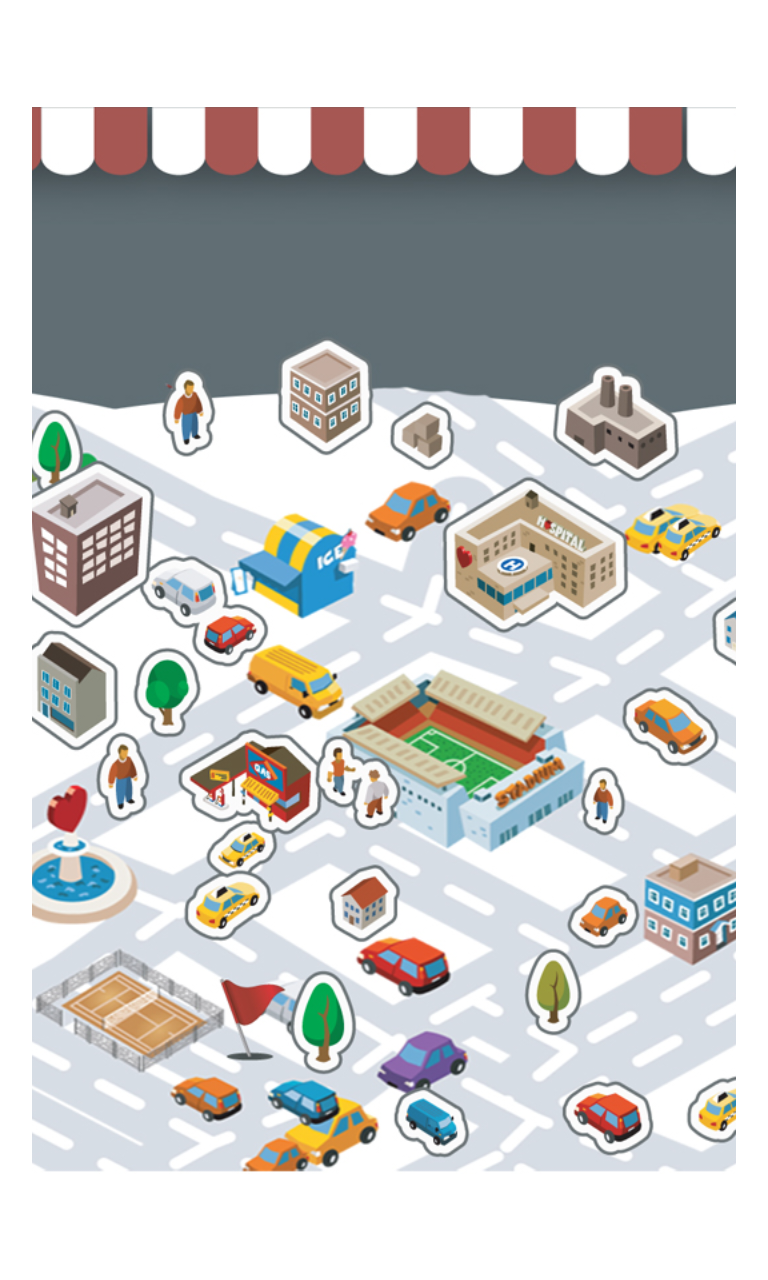
Repository: ahmeda8/playable
Layout: Playable/res/layout/activity_main.xml
An editor plug-in stored every save of this project. The layout is shown before and after the next save, followed by the edit.
It is drawn on a 768 x 1280 px phone screen (xhdpi) without system bars, with theme AppTheme; the app's code is not run.

Above is the layout before, as saved 2013-07-20 19:44:12.

### Playable/res/layout/activity_main.xml
<RelativeLayout xmlns:android="http://schemas.android.com/apk/res/android"
    xmlns:tools="http://schemas.android.com/tools"
    android:layout_width="match_parent"
    android:layout_height="match_parent"
    android:paddingBottom="@dimen/activity_vertical_margin"
    android:paddingLeft="@dimen/activity_horizontal_margin"
    android:paddingRight="@dimen/activity_horizontal_margin"
    android:paddingTop="@dimen/activity_vertical_margin"
    tools:context=".MainActivity" >

    <LinearLayout
        android:id="@+id/linearLayout1"
        android:layout_width="fill_parent"
        android:layout_height="fill_parent"
        android:layout_alignParentLeft="true"
        android:layout_alignParentTop="true"
        android:layout_marginLeft="0dp"
        android:layout_marginTop="0dp"
        android:orientation="vertical" >

        <ImageView
            android:id="@+id/imageView1"
            android:layout_width="match_parent"
            android:layout_height="match_parent"
            android:layout_below="@+id/linearLayout1"
            android:layout_centerHorizontal="true"
            android:layout_gravity="top"
            android:layout_marginTop="0dp"
            android:scaleType="center"
            android:src="@drawable/map" />

    </LinearLayout>
</RelativeLayout>

Loaded but not shown: Playable/res/values/styles.xml (common file); Playable/res/values-v11/styles.xml (common file); Playable/res/values-v14/styles.xml (common file); Playable/res/values/dimens.xml (common file)

After the next save:
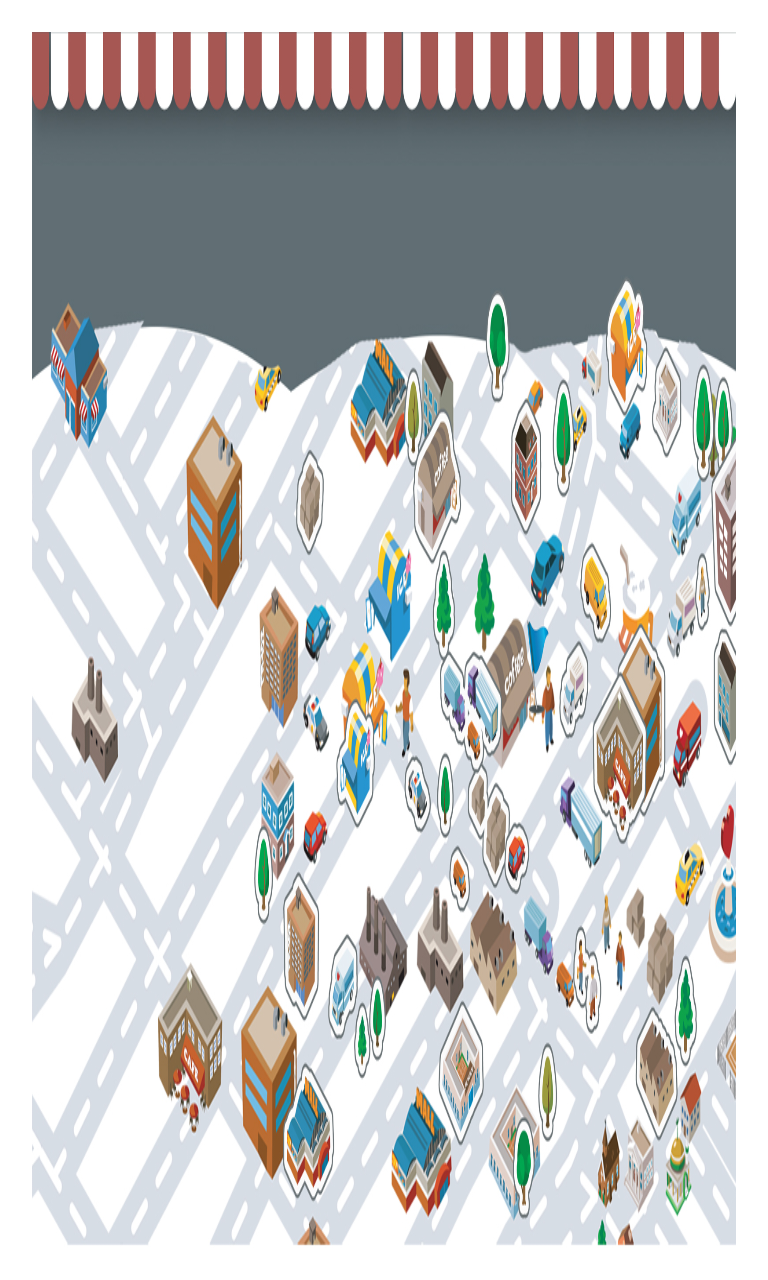
Saved 37 s later.
--- a/Playable/res/layout/activity_main.xml
+++ b/Playable/res/layout/activity_main.xml
@@ -20,13 +20,13 @@
 
         <ImageView
             android:id="@+id/imageView1"
-            android:layout_width="match_parent"
+            android:layout_width="800dp"
             android:layout_height="match_parent"
             android:layout_below="@+id/linearLayout1"
             android:layout_centerHorizontal="true"
             android:layout_gravity="top"
             android:layout_marginTop="0dp"
-            android:scaleType="center"
+            android:scaleType="fitXY"
             android:src="@drawable/map" />
 
     </LinearLayout>
